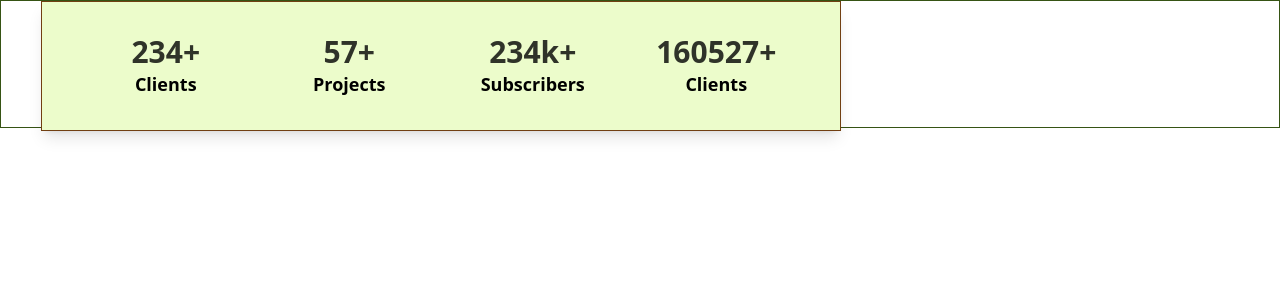
Repository: Kish202/Coz-Marketing-Site
Page: / (app in frontend/)
These files come from the project's save history. The page is drawn as it stood at one moment and after the next save; the edit follows.
The browser window is 1280 px wide. The pictures show the whole page.
The project was rebuilt for these pictures with package versions that can differ from the ones it lists, and the page was loaded fresh each time. Also part of the build but not shown: frontend/vite.config.js.

Above is the page before, as saved 2025-03-09 12:29:10.

### frontend/src/App.jsx
import { useState } from 'react'
import reactLogo from './assets/react.svg'
import viteLogo from '/vite.svg'
import './App.css'
import Service from './components/Service/Service'

function App() {
  const [count, setCount] = useState(0)

  return (


   <Service/>
  )
}

export default App

### frontend/src/components/Service/Service.jsx
import React from 'react'
import CountUp from "react-countup"

const Service =() =>{
  return (
    <section className="container h-12 md:h-32 border border-lime-900">
     <div className="grid grid-cols-4  -center  border border-yellow-900 bg-lime-100 p-2 shadow-lg dark:bg-violet-800 dark:text-white/70 md:max-w-[800px]  md:p-8">
    <div className="flex flex-col items-center justify-center " >



<h1 className="text-sm font-bold text-black/80 dark:text-white sm:text-lg md:text-3xl">
      <CountUp end={234} suffix="+" duration={2.75}/>

</h1>

<h1 className="sm:text-md text-xs font-bold md:text-lg">
Clients
</h1>




        </div>

        <div className="flex flex-col items-center justify-center">
  <h1 className="text-sm text-black/80 sm:text-lg md:text-3xl dark:text-white font-bold">
  <CountUp end={57} suffix="+" duratiion={2.75}/>  </h1>

    <h1 className="sm:text-md font-bold text-xs md:text-lg">
        Projects

        </h1>
            </div>

    <div className="flex flex-col items-center justify-center" >



        <h1 className="text-sm text-black/80 dark:text-white  sm:text-lg md:text-3xl font-bold">
<CountUp end={234}  suffix="k+" / >
        </h1>
<h1 className="font-bold  sm:text-md text-xs md:text-lg" >
Subscribers
</h1>


            </div>


<div className="flex flex-col items-center justify-center">
<h1 className="text-sm font-bold text-black/80 dark:text-white sm:text-lg md:text-3xl">
<CountUp start={-875.020}
end={160527.012} duration={2.75} separator="" suffix="+" />
</h1>


<h1 className="text-xs sm:text-md  font-bold md:text-lg ">
Clients
</h1>
</div>
</div>
    </section>
  )
}

export default Service

### frontend/tailwind.config.js
/** @type {import('tailwindcss').Config} */
export default {
  content: ["./index.html", "./src/**/*.{js,ts,jsx,tsx}"],
  darkMode: "class",
  theme: {
    extend: {
      screens: {
        xs: "480px",
      },
      colors: {
        primary: "#0070f3",
      },
    },

    container: {
      center: true,
      padding: {
        DEFAULT: "20px",
        md: "40px",
      },
    },
  },
  plugins: [],
};

Loaded but not shown: frontend/index.html (common file); frontend/src/main.jsx (common file); frontend/src/index.css (common file); frontend/src/App.css (common file)

After the next save:
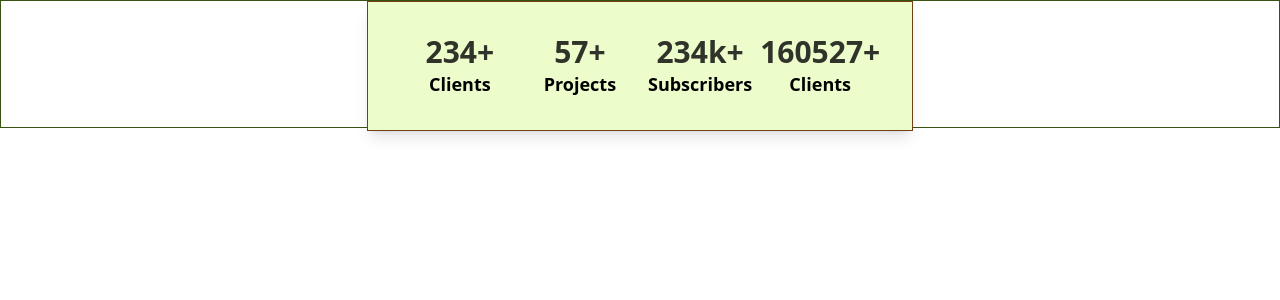
Saved 6 s later.
--- a/frontend/src/components/Service/Service.jsx
+++ b/frontend/src/components/Service/Service.jsx
@@ -4,7 +4,7 @@ import CountUp from "react-countup"
 const Service =() =>{
   return (
     <section className="container h-12 md:h-32 border border-lime-900">
-     <div className="grid grid-cols-4  -center  border border-yellow-900 bg-lime-100 p-2 shadow-lg dark:bg-violet-800 dark:text-white/70 md:max-w-[800px]  md:p-8">
+     <div className="grid grid-cols-4  place-self-center  border border-yellow-900 bg-lime-100 p-2 shadow-lg dark:bg-violet-800 dark:text-white/70 md:max-w-[800px]  md:p-8">
     <div className="flex flex-col items-center justify-center " >
 
 
